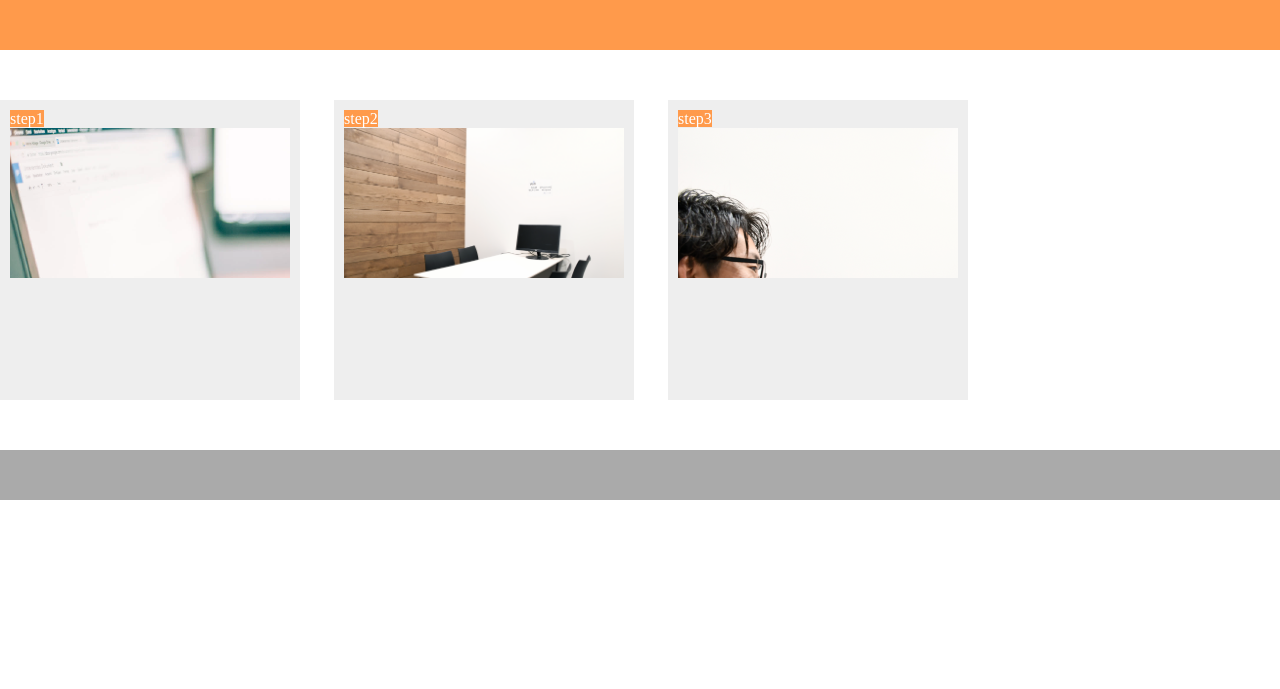
Repository: kiruha313/DWC
Page: exersise9/index.html
The author's editor kept a record of every edit. The page is drawn from the files as they stood at one moment, then again after the next edit.
The browser window is 1280 px wide. The pictures show the whole page.

Above is the page before.

### exersise9/index.html
<!DOCTYPE html>
<html lang="ja">
  <head>
    <meta charset="UTF-8" />
    <link rel="stylesheet" href="style.css" />
    <title>9</title>
  </head>

  <body>
    <div class="orange"></div>

    <div class="step">
      <span class="step1">step1</span>
      <div class="step1-img"></div>
    </div>

    <div class="step">
      <span class="step2">step2</span>
      <div class="step2-img"></div>
    </div>

    <div class="step">
      <span class="step3">step3</span>
      <div class="step3-img"></div>
    </div>

    <div class="gray"></div>

  </body>

</html>

### exersise9/style.css
* {
  margin: 0;
  padding: 0;
  box-sizing: border-box;
  color: #6c6b6b;
}

.orange  {
  background-color: #ff9a4b;
  width: 100%;
  height: 50px;
}

.step {
  width: 300px;
  height: 300px;
  margin: 50px 30px 50px 0;
  padding: 10px;
  display: inline-block;
  background-color: #eee;
}

.step1 {
  color: #fff;
  background-color: #ff9a4b;
}

.step1-img {
  width: 280px;
  height: 150px;
  background-image: url(img/flow01.png);

}

.step2 {
  color: #fff;
  background-color: #ff9a4b;
}

.step2-img {
  height: 150px;
  background-image: url(img/flow02.png);
  background-size: cover;

}

.step3 {
  color: #fff;
  background-color: #ff9a4b;
}

.step3-img {
  width: 280px;
  height: 150px;
  background-image: url(img/flow03.png);

}

.gray {
  background-color: #aaaaaa;
  width: 100%;
  height: 50px;
}

After the next edit:
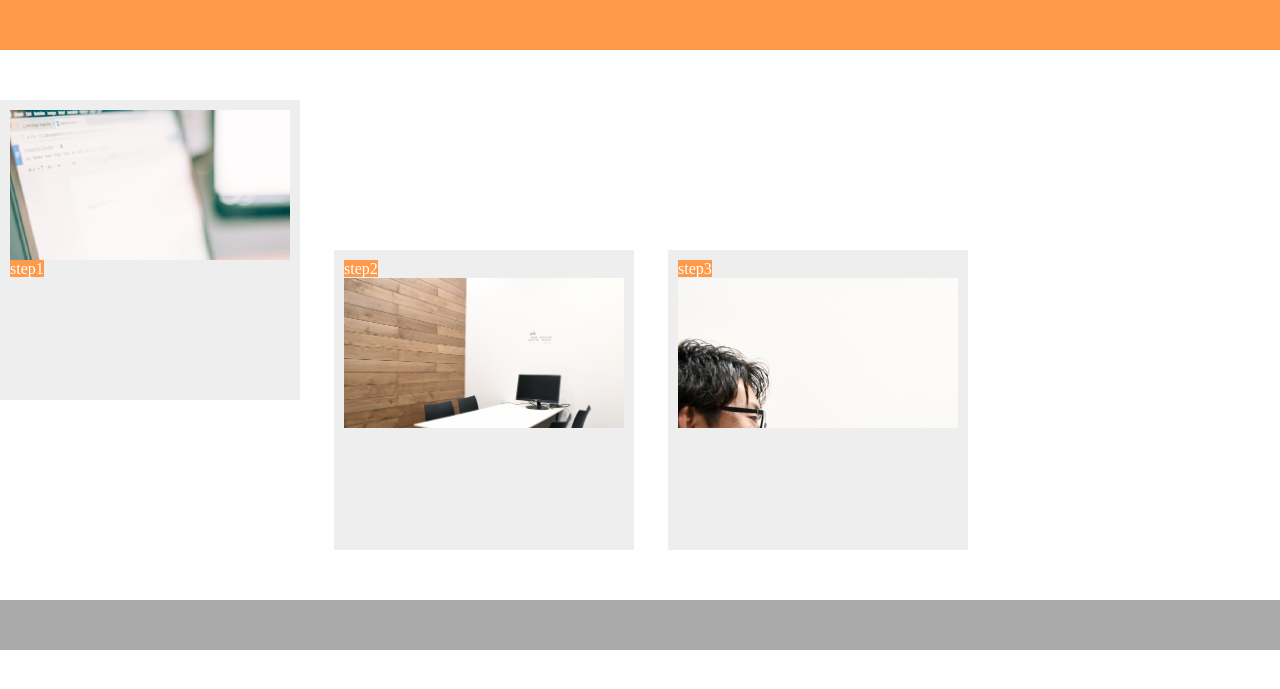
The edit:
--- a/exersise9/index.html
+++ b/exersise9/index.html
@@ -10,8 +10,8 @@
     <div class="orange"></div>
 
     <div class="step">
+      <div class="step1-img"></div>
       <span class="step1">step1</span>
-      <div class="step1-img"></div>
     </div>
 
     <div class="step">
